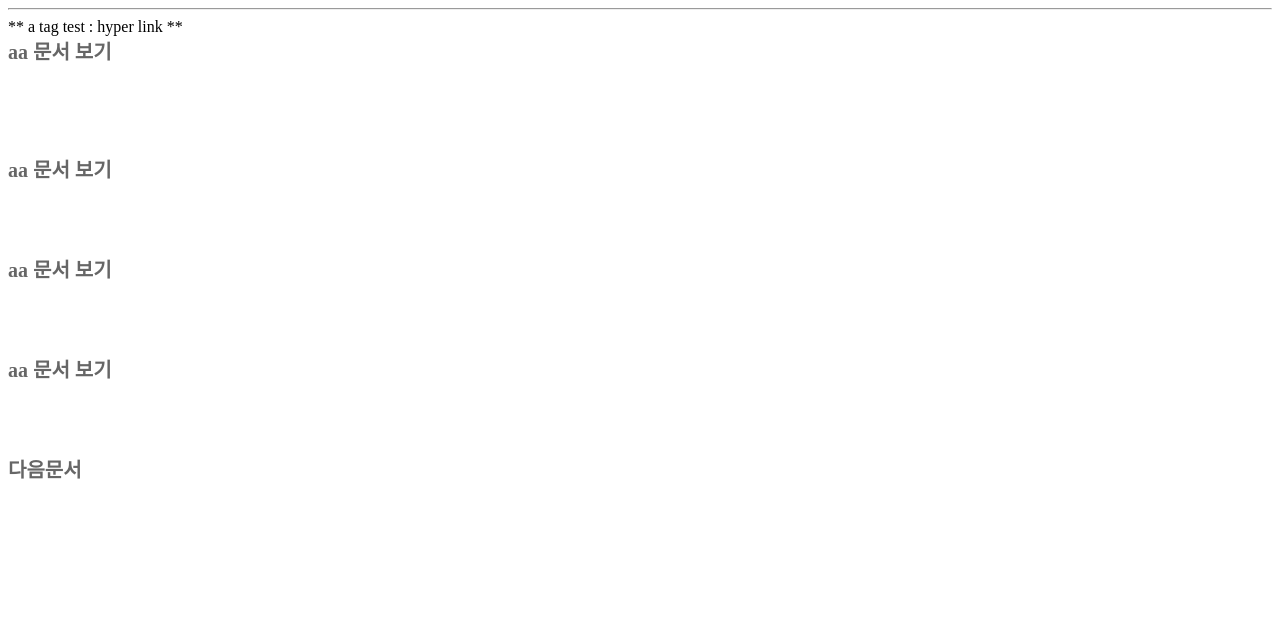
Repository: lsgsg/lsgsg
Page: wsou/webBasic/WebContent/cc.html
These files come from the project's save history. The page is drawn as it stood at one moment and after the next save; the edit follows.
The browser window is 1280 px wide. The pictures show the whole page.

Above is the page before, as saved 2018-08-14 03:54:05.

### wsou/webBasic/WebContent/cc.html
<!DOCTYPE html>
<html>
<head>
<meta charset="UTF-8">
<title>이미지와 링크에 대해서</title>
<style>
	.imgStyle { }
	a{ text-decoration : none;
	   color : #666;
	   font-size : 20px;
	   font-weight:bold;
	   width:200px;
	   height:100px;
	   display:block;

	   }
	img {width:100%; height:100%;}
</style>
</head>
<body>
<!--
<div class = 'imgStyle'>
	<a href = "http://www.naver.com" target = "_blank">
		<img src = "image/mouse.png" title ="툴팁">
	</a>
	<a href = "http://www.daum.net" target = "_blank">
		<img src = "image/menu1.jpg" title ="툴팁2" width = "50%" align = "right">
	</a>
	<a href = "#">
		<img src ="https://t1.daumcdn.net/daumtop_chanel/op/20170315064553027.png" alt="네이버 이미지">
	</a>
	<embed src ="image/mycafe.swf"  autostart="true" alt="원래는 비디오 사운드 파일을 담는 태그">
</div>
-->
<hr>
** a tag test : hyper link ** <br>
<a href="aa.html"> aa 문서 보기 </a> </br>
<a href="aa.html" target = "_new"> aa 문서 보기 </a>
<a href="aa.html" target = "_blank"> aa 문서 보기 </a>
<a href="aa.html" target = "_self"> aa 문서 보기 </a>

<a href ="http://www.daum.net">다음문서</a>
</body>
</html>

After the next save:
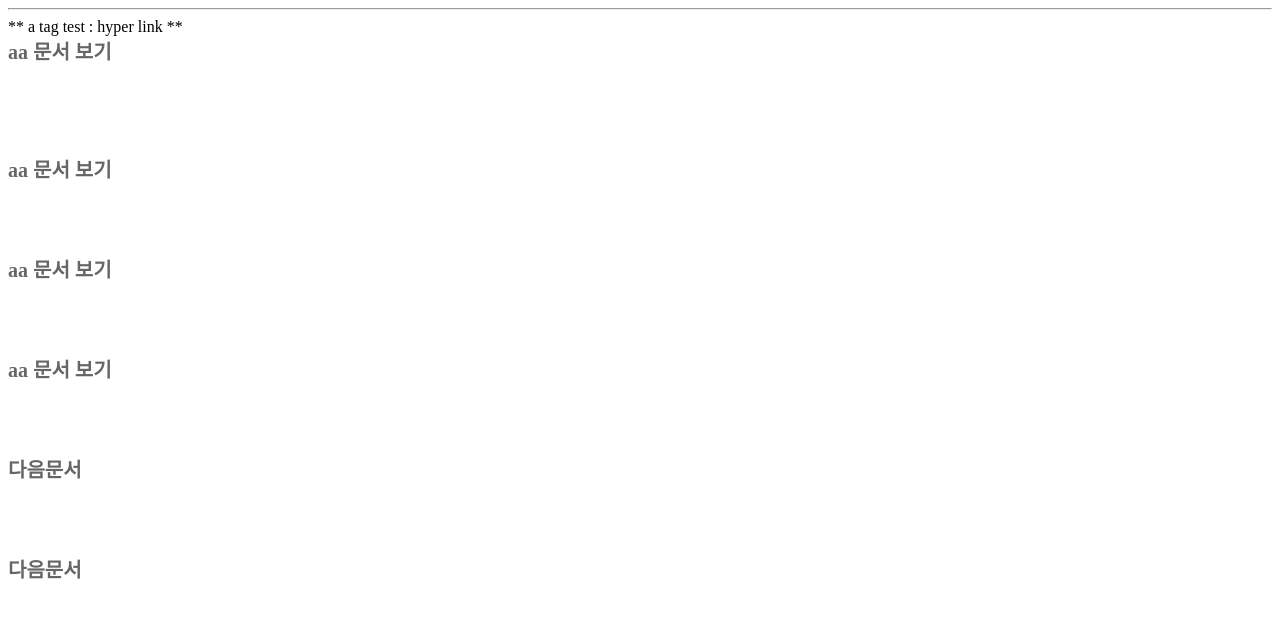
Saved 55 s later.
--- a/wsou/webBasic/WebContent/cc.html
+++ b/wsou/webBasic/WebContent/cc.html
@@ -40,5 +40,6 @@
 <a href="aa.html" target = "_self"> aa 문서 보기 </a>
 
 <a href ="http://www.daum.net">다음문서</a>
+<a href ="http://www.daum.net:80/index.html">다음문서</a>
 </body>
 </html>
